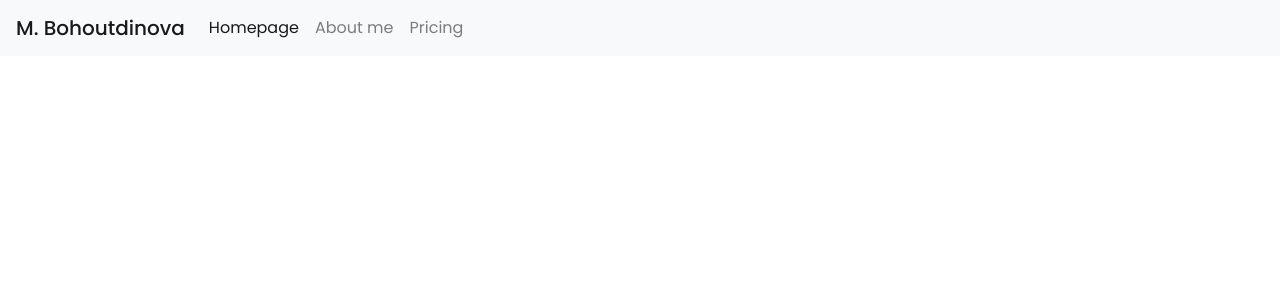
Repository: Bohoutdinova/Portfolio_week-4
Page: index.html
These files come from the project's save history. The page is drawn as it stood at one moment and after the next save; the edit follows.
The browser window is 1280 px wide. The pictures show the whole page.

Above is the page before, as saved 2022-08-10 16:47:29.

After the next save:
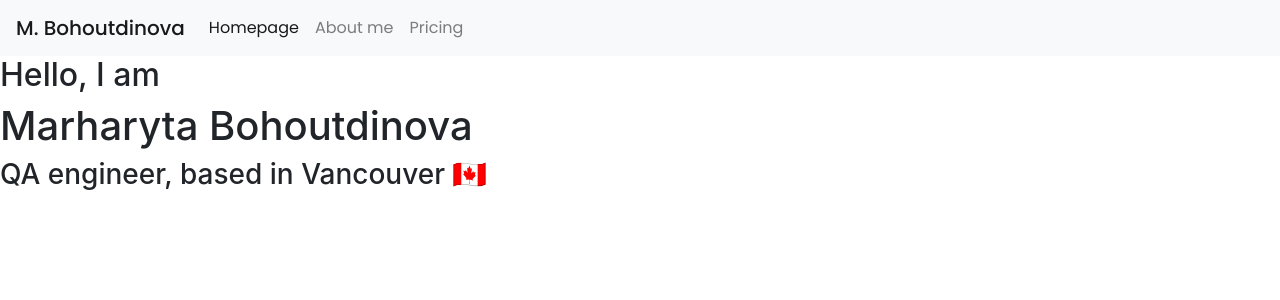
Saved 59 min 35 s later.
--- a/index.html
+++ b/index.html
@@ -74,5 +74,10 @@
         </ul>
       </div>
     </nav>
+    <div class="hero-page">
+      <h2>Hello, I am</h2>
+      <h1>Marharyta Bohoutdinova</h1>
+      <h3>QA engineer, based in Vancouver 🇨🇦</h3>
+    </div>
   </body>
 </html>
